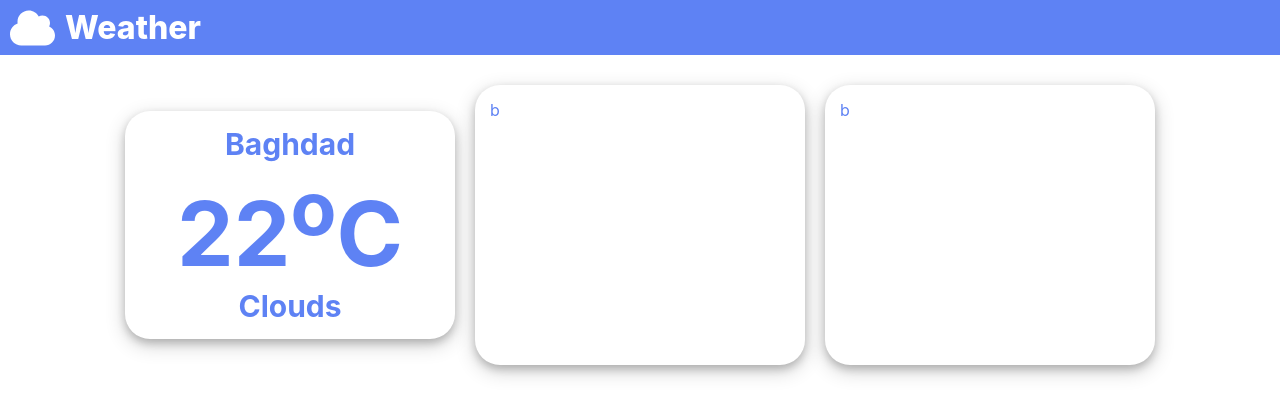
Repository: ahmedazawi/weather-app
Page: /
An editor plug-in stored every save of this project. The page is shown before and after the next save, followed by the edit.
The browser window is 1280 px wide. The pictures show the whole page.
The project was rebuilt for these pictures with package versions that can differ from the ones it lists, and the page was loaded fresh each time.

Above is the page before, as saved 2022-11-29 21:32:54.

### src/App.js
import "./App.css";
import Header from "./layout/Header";
import Details from "./components/Details";
function App() {
  return (
    <div className="App">
      <Header />
      <Details />
    </div>
  );
}

export default App;

### src/App.css
body {
  --primaryColor: #5e82f4;
  --borderRadius: 25px;
}

.nav {
  display: flex;
  align-items: center;
  height: 55px;
  background-color: var(--primaryColor);
}

### src/layout/Header.js
import React from "react";
import { FontAwesomeIcon } from "@fortawesome/react-fontawesome";
import { faCloud } from "@fortawesome/free-solid-svg-icons";
const Header = () => {
  return (
    <div className="nav">
      <div>
        <FontAwesomeIcon
          className="f-icon"
          icon={faCloud}
          color="White"
          style={{ marginLeft: "10px", fontSize: "40px" }}
        />
      </div>

      <h1 style={{ color: "white", marginLeft: "10px", fontWeight: "800" }}>
        Weather
      </h1>
    </div>
  );
};

export default Header;

### src/components/Details.js
import React from "react";
import "../assets/css/details.css";
const Details = () => {
  return (
    <div className="main">
      <div className="big-cards">
        <div>
          <div>Baghdad</div>
          <div
            style={{
              fontSize: "90px",
            }}
          >
            22<sup>o</sup>C
          </div>
          <div>Clouds</div>
        </div>
        <div>b</div>
        <div>b</div>
      </div>
    </div>
  );
};

export default Details;

### src/assets/css/details.css
.main {
  width: 100%;
  display: flex;
  flex-direction: column;
}

.big-cards {
  width: 100%;
  min-height: fit-content;
  display: flex;
  flex-direction: row;
  flex-wrap: wrap;
  gap: 20px;
  align-items: center;
  justify-content: center;
  margin-top: 30px;
  color: var(--primaryColor);
}
.big-cards > div {
  width: 300px;
  height: 250px;
  background-color: white;
  padding: 15px;
  border-radius: var(--borderRadius);
  box-shadow: 0 4px 8px 0 rgba(0, 0, 0, 0.2), 0 6px 20px 0 rgba(0, 0, 0, 0.19);
}
.big-cards > div:first-child {
  display: flex;
  flex-direction: column;
  align-items: center;
  height: 100%;
}
.big-cards > div:first-child > div {
  font-size: 30px;
  font-weight: bold;
}

Loaded but not shown: public/index.html (common file); src/index.js (common file); src/index.css (common file)

After the next save:
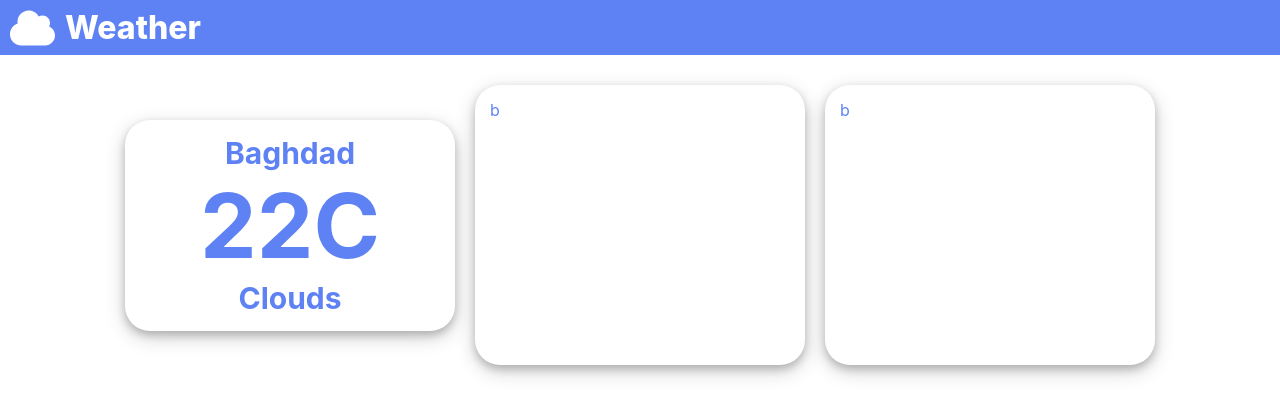
Saved 18 s later.
--- a/src/components/Details.js
+++ b/src/components/Details.js
@@ -11,7 +11,7 @@
               fontSize: "90px",
             }}
           >
-            22<sup>o</sup>C
+            22C
           </div>
           <div>Clouds</div>
         </div>

After the save that followed:
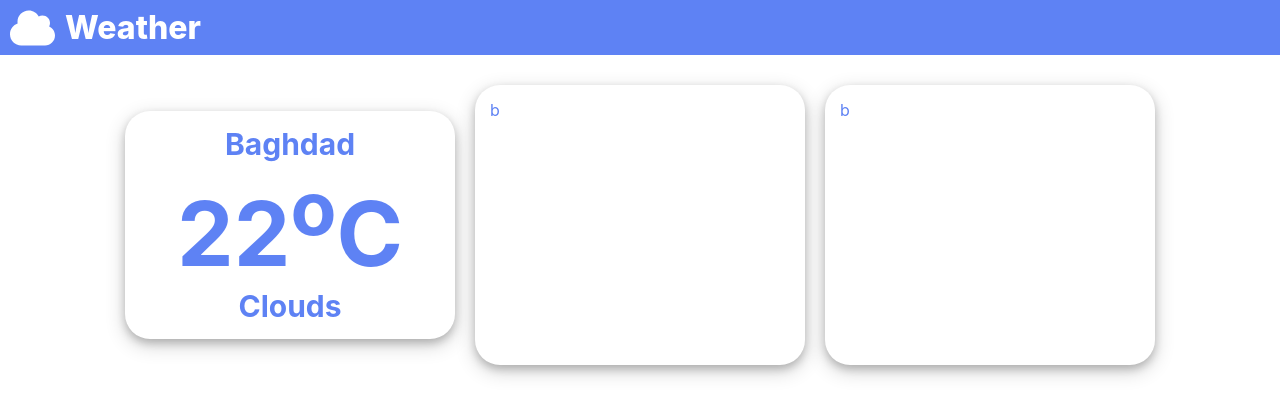
Saved 5 s later.
--- a/src/components/Details.js
+++ b/src/components/Details.js
@@ -11,7 +11,7 @@
               fontSize: "90px",
             }}
           >
-            22C
+            22<sup>o</sup>C
           </div>
           <div>Clouds</div>
         </div>
